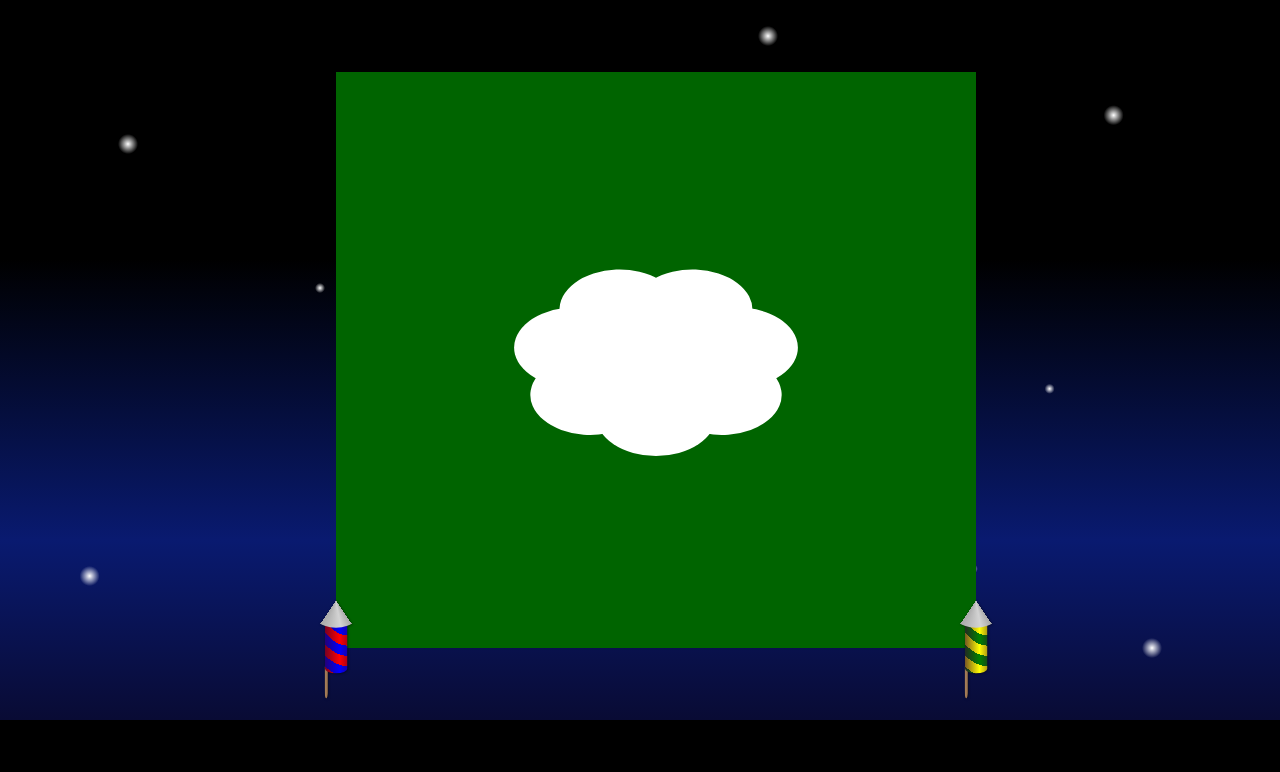
Repository: juliandecloe/CSS-To-The-Rescue---Julian-de-Cloe
Page: index.html
The author's editor kept a copy of each file at every save. The page is drawn from the files as they stood at one save, then again after a run of saves.
The browser window is 1280 px wide. The pictures show the whole page.

Above is the page before, as saved 2022-03-10 17:31:37.

### index.html
<!DOCTYPE html>
<html lang="en">
	<head>
		<meta charset="UTF-8">
		<meta name="viewport" content="width=device-width, initial-scale=1.0">
		<title>The Anticlimax Fireworkshow!</title>
		<link rel="stylesheet" href="style.css">
	</head>
	<body>
		<input id="left" type="checkbox">
		<input id="middle" type="checkbox">
		<input id="right" type="checkbox">
		<main>
			<section>
				<label for="left">
					<figure></figure>
					<figure></figure>
					<figure></figure>
				</label>
				<ul>
					<li>
						<ul>
							<li></li>
							<li></li>
							<li></li>
							<li></li>
							<li></li>
						</ul>
					</li>
					<li>
						<ul>
							<li></li>
							<li></li>
							<li></li>
							<li></li>
							<li></li>
						</ul>
					</li>
					<li>
						<ul>
							<li></li>
							<li></li>
							<li></li>
							<li></li>
							<li></li>
						</ul>
					</li>
					<li>
						<ul>
							<li></li>
							<li></li>
							<li></li>
							<li></li>
							<li></li>
						</ul>
					</li>
					<li>
						<ul>
							<li></li>
							<li></li>
							<li></li>
							<li></li>
							<li></li>
						</ul>
					</li>
					<li>
						<ul>
							<li></li>
							<li></li>
							<li></li>
							<li></li>
							<li></li>
						</ul>
					</li>
					<li>
						<ul>
							<li></li>
							<li></li>
							<li></li>
							<li></li>
							<li></li>
						</ul>
					</li>
					<li>
						<ul>
							<li></li>
							<li></li>
							<li></li>
							<li></li>
							<li></li>
						</ul>
					</li>
					<li>
						<ul>
							<li></li>
							<li></li>
							<li></li>
							<li></li>
							<li></li>
						</ul>
					</li>
					<li>
						<ul>
							<li></li>
							<li></li>
							<li></li>
							<li></li>
							<li></li>
						</ul>
					</li>
					<li>
						<ul>
							<li></li>
							<li></li>
							<li></li>
							<li></li>
							<li></li>
						</ul>
					</li>
					<li>
						<ul>
							<li></li>
							<li></li>
							<li></li>
							<li></li>
							<li></li>
						</ul>
					</li>
				</ul>
			</section>
			<section>
				<label for="middle">
					<figure></figure>
					<figure></figure>
					<figure></figure>
				</label>
				<ul>
					<li>
						<ul>
							<li></li>
							<li></li>
							<li></li>
							<li></li>
							<li></li>
						</ul>
					</li>
					<li>
						<ul>
							<li></li>
							<li></li>
							<li></li>
							<li></li>
							<li></li>
						</ul>
					</li>
					<li>
						<ul>
							<li></li>
							<li></li>
							<li></li>
							<li></li>
							<li></li>
						</ul>
					</li>
					<li>
						<ul>
							<li></li>
							<li></li>
							<li></li>
							<li></li>
							<li></li>
						</ul>
					</li>
					<li>
						<ul>
							<li></li>
							<li></li>
							<li></li>
							<li></li>
							<li></li>
						</ul>
					</li>
					<li>
						<ul>
							<li></li>
							<li></li>
							<li></li>
							<li></li>
							<li></li>
						</ul>
					</li>
					<li>
						<ul>
							<li></li>
							<li></li>
							<li></li>
							<li></li>
							<li></li>
						</ul>
					</li>
					<li>
						<ul>
							<li></li>
							<li></li>
							<li></li>
							<li></li>
							<li></li>
						</ul>
					</li>
					<li>
						<ul>
							<li></li>
							<li></li>
							<li></li>
							<li></li>
							<li></li>
						</ul>
					</li>
					<li>
						<ul>
							<li></li>
							<li></li>
							<li></li>
							<li></li>
							<li></li>
						</ul>
					</li>
					<li>
						<ul>
							<li></li>
							<li></li>
							<li></li>
							<li></li>
							<li></li>
						</ul>
					</li>
					<li>
						<ul>
							<li></li>
							<li></li>
							<li></li>
							<li></li>
							<li></li>
						</ul>
					</li>
				</ul>
			</section>
			<section>
				<label for="right">
					<figure></figure>
					<figure></figure>
					<figure></figure>
				</label>
				<article>
					<ul>
						<li></li>
						<li></li>
						<li></li>
						<li></li>
						<li></li>
						<li></li>
						<li></li>
					</ul>
				</article>
			</section>
		</main>
	</body>
</html>

### style.css
/*========== GENERAL ==========*/

:root * {
	--hoekVar: calc(360deg / 12);
	--rotate: rotate(calc( var(--hoekVar) * var(--index) ));
	--hoekVar2: calc(360deg / 5);
	--rotate2: rotate(calc( var(--hoekVar2) * var(--index2) ));
	--star1: 5px;
	--star2: 3px;
}

@property --star1 {
	syntax: '<length>';
	inherits: false;
	initial-value: 0px;
}

@property --star2 {
	syntax: '<length>';
	inherits: false;
	initial-value: 0px;
}

* {
	padding: 0;
	margin: 0;
}

body, html {
	overflow: hidden;
}

html {
	background: linear-gradient(0deg, rgba(9,11,52,1) 0%, rgba(9,26,112,1) 25%, rgba(0,0,0,1) 64%, rgba(0,0,0,1) 100%);
}

@keyframes stars {
	0% {
		--star1: 5px;
	}
	100% {
		--star1: 10px;
	}
}

@keyframes stars2 {
	0% {
		--star2: 3px;
	}
	100% {
		--star2: 6px;
	}
}

body {
	background-position: center;
	background-image:
	radial-gradient(
		circle at
			10%
			20%,
		white,
		transparent var(--star1)
	),
	radial-gradient(
		circle at
			34%
			15%,
		white,
		transparent var(--star2)
	),
	radial-gradient(
		circle at
			50%
			60%,
		white,
		transparent var(--star2)
	),
	radial-gradient(
		circle at
			60%
			80%,
		white,
		transparent var(--star2)
	),
	radial-gradient(
		circle at
			25%
			40%,
		white,
		transparent var(--star2)
	),
	radial-gradient(
		circle at
			7%
			80%,
		white,
		transparent var(--star1)
	),
	radial-gradient(
		circle at
			87%
			16%,
		white,
		transparent var(--star1)
	),
	radial-gradient(
		circle at
			76%
			79%,
		white,
		transparent var(--star2)
	),
	radial-gradient(
		circle at
			90%
			90%,
		white,
		transparent var(--star1)
	),
	radial-gradient(
		circle at
			60%
			5%,
		white,
		transparent var(--star1)
	),
	radial-gradient(
		circle at
			72%
			32%,
		white,
		transparent var(--star2)
	),
	radial-gradient(
		circle at
			50%
			28%,
		white,
		transparent var(--star1)
	),
	radial-gradient(
		circle at
			37%
			80%,
		white,
		transparent var(--star1)
	),
	radial-gradient(
		circle at
			82%
			54%,
		white,
		transparent var(--star2)
	);
	animation:
	stars 1s linear alternate infinite,
	stars2 1.5s linear alternate infinite;
}

@media (prefers-reduced-motion) {
	body {
		animation-name: dissolve;
	}
}

main {
	display: flex;
	justify-content: center;
	align-items: end;
	width: 100vw;
	height: 100vh;
	padding-left: 1rem;
}

@media (max-width: 630px) {
	main {
		transform: scale(.5) translateY(50vh);
	}
}

section {
	display: grid;
	place-items: center;
	transition: 1s ease-out;
	width: 50vw;
}

@media (max-width: 630px) {
	section {
		width: 80vw;
	}
}

input {
	display: none;
}

/*========== FIRE ROCKET ==========*/

/*===== GENERAL =====*/

label {
	transform: scale(.3) translateY(50vh);
	z-index: 5;
	height: 350px;
	width: 120px;
	filter: drop-shadow(2px 2px 4px rgb(0,0,0,0.5));
	transition: 1s;
	cursor: pointer;
	animation: 1s
}

@media (max-width: 630px) {
	label {
		transform: scale(.5);
	}
}

section label > figure:first-child {
	border-radius: 50%;
	position: absolute;
	left: calc(50% - 55px);
	width: 110px;
	height: 130px;
	z-index: 3;
	clip-path: ellipse(90% 70% at center top);
	background-image:
		conic-gradient(
		at center top,
		transparent 146deg,
		darkgray 146deg,
		lightgray 170deg,
		darkgray 214deg,
		transparent 214deg
	);
}

section label figure:nth-child(2) {
	position: absolute;
	top: 83px;
	left: calc(50% - 37.5px);
	width: 75px;
	height: 160px;
	z-index: 2;
	background-size: 100% 100%, 600% 600%;
	background-position:left top, 40% -30%;
	border-radius: 0 0 50% 50% / 0 0 1em 1em;
}

section label > figure:nth-child(3) {
	position: absolute;
	background: #BA8C63;
	top: 220px;
	left: calc(50% - 37.5px);
	width: 10px;
	height: 110px;
	z-index: 1;
	box-shadow: inset -2px 0 8px rgb(0,0,0,0.5);
	clip-path: ellipse(10px 95px at 50% 10%);
}


/*===== COLOR ARROWS =====*/

section:first-child label figure:nth-child(2) {
	background-image:
		linear-gradient(
			to right,
			#303a 0%,
			transparent 65%,
			#3036 100%
		),
		repeating-radial-gradient(
			red 0 1em,
			blue 1em 2em
	);
}

section:nth-child(2) label figure:nth-child(2) {
	background-image:
		linear-gradient(
			to right,
			#303a 0%,
			transparent 65%,
			#3036 100%
		),
		repeating-radial-gradient(
			green 0 1em,
			yellow 1em 2em
		);
}

section:last-child label figure:nth-child(2) {
	background-image:
		linear-gradient(
			to right,
			#303a 0%,
			transparent 65%,
			#3036 100%
		),
		repeating-radial-gradient(
			pink 0 1em,
			purple 1em 2em
		);
}


/*========== FIRE WORK ==========*/

/*===== LAYER 1 =====*/

section > ul {
	list-style-type: none;
	position: absolute;
	width: 1rem;
	height: 1rem;
	display: grid;
	place-items: center;
	/* background-color: #ff4; */
}

section > ul > li {
	position: absolute;
	top: 50%;
	width: 40%;
	height: 1200%;
	transform-origin: center top;
	transform: var(--rotate);
	transition: .3s ease-out;
	transition-delay: 1s;
	display: flex;
	/* background-color: #f004; */
}

section:nth-child(2) > ul > li {
	position: absolute;
	top: 50%;
	width: 40%;
	height: 1200%;
	transform-origin: center top;
	transform: var(--rotate);
	transition: .3s ease-out;
	transition-delay: 1s;
	display: flex;
	/* background-color: #f004; */
}

section > ul > li::after {
	content: "";
	display: block;
	width: 100%;
	height: 50%;
	transition: .2s ease-out;
	transform-origin: center top;
	transform: scaleY(0);
	position: absolute;
}

/* Color */

section:first-child > ul > li::after {
	background-color: blue;
}

section:nth-child(2) > ul > li::after {
	background-color: green;
}

section:last-child > ul li::after {
	background-color: pink;
}


/*===== LAYER 2 =====*/

section > ul > li ul {
	list-style-type: none;
	position: relative;
	width: .5em;
	aspect-ratio: 1/1;
	align-self: end;
	display: grid;
	place-items: center;
	/* background-color: #f088; */
}

section:first-child > ul > li li {
	position: absolute;
	top: 50%;
	width: 25%;
	aspect-ratio: 1/8;
	background-color: #f00;
	transform-origin: center top;
	transform: var(--rotate2) scaleY(0);
	transition: .3s ease-out;
	transition-delay: 1.8s;
}

section:nth-child(2) > ul > li li {
	position: absolute;
	width: 30%;
	height: 1200%;
	background-color: yellow;
	transform-origin: center;
	transform: var(--rotate2) scaleY(1);
	transition: .5s ease-out;
	transition-delay: 1.5s;
	visibility: hidden;
}


/*========== INTERACTION ==========*/

/*===== GENERAL =====*/

section > ul > li:nth-of-type(1) { --index:1; }
section > ul > li:nth-of-type(2) { --index:2; }
section > ul > li:nth-of-type(3) { --index:3; }
section > ul > li:nth-of-type(4) { --index:4; }
section > ul > li:nth-of-type(5) { --index:5; }
section > ul > li:nth-of-type(6) { --index:6; }
section > ul > li:nth-of-type(7) { --index:7; }
section > ul > li:nth-of-type(8) { --index:8; }
section > ul > li:nth-of-type(9) { --index:9; }
section > ul > li:nth-of-type(10) { --index:10; }
section > ul > li:nth-of-type(11) { --index:11; }
section > ul > li:nth-of-type(12) { --index:12; }

ul > li li:nth-of-type(1) { --index2:1; }
ul > li li:nth-of-type(2) { --index2:2; }
ul > li li:nth-of-type(3) { --index2:3; }
ul > li li:nth-of-type(4) { --index2:4; }
ul > li li:nth-of-type(5) { --index2:5; }

/* Rocket */

input:first-child[type="checkbox"]:checked ~ main section:first-child, input:nth-child(2)[type="checkbox"]:checked ~ main section:nth-child(2) {
	transform: translateY(-50vh);
}

@media (max-width: 630px) {
	input:first-child[type="checkbox"]:checked ~ main section:first-child, input:nth-child(2)[type="checkbox"]:checked ~ main section:nth-child(2) {
		transform: translateY(-90vh);
	}
}

input:first-child[type="checkbox"]:checked ~ main section:first-child label, input:nth-child(2)[type="checkbox"]:checked ~ main section:nth-child(2) label {
	transform: scale(.5, .3);
	animation: explode 1s 1s ease-in forwards;
}

/* Explode 1 */

input:first-child[type="checkbox"]:checked ~ main section:first-child > ul > li, input:nth-child(2)[type="checkbox"]:checked ~ main section:nth-child(2) > ul > li {
	transform: var(--rotate) translateY(2em);
}

input:first-child[type="checkbox"]:checked ~ main section:first-child > ul > li::after, input:nth-child(2)[type="checkbox"]:checked ~ main section:nth-child(2) > ul > li::after {
	animation: after .3s 1s ease-out forwards;
}


/*===== ARROW 1 =====*/

input:first-child[type="checkbox"]:checked ~ main section:first-child > ul > li li {
	animation: lili .3s 1.5s ease-out forwards;
}

/*===== ARROW 2 =====*/

input:nth-child(2)[type="checkbox"]:checked ~ main section:nth-child(2) > ul > li li {
	visibility: visible;
	transform: var(--turn) scaleY(6) translateY(2em);
	opacity: 0;
}

/*===== ARROW 3 =====*/

input:nth-child(3)[type="checkbox"]:checked ~ main section:last-child {
	transform: translateY(-50vh);
}

input:nth-child(3)[type="checkbox"]:checked ~ main article label {
	animation: huge .8s 1s ease-out forwards;
}

/*========== ANIMATIONS ==========*/

@keyframes huge {
	0% {
		transform: scaleY(0);
	}
	99% {
		transform: translateY(200%) scaleY(0);
		opacity: 0;
	}
	100% {
		transform: translateY(0) scaleY(0);
		opacity: 1;
	}
}

@keyframes explode {
	0% {
		visibility: hidden;
	}
	99% {
		visibility: hidden;
	}
	100% {
		transform: translateY(65vh) scale(.3);
		visibility: visible;
	}
}

@keyframes after {
	0% {
		transform: scaleY(0);
	}
	33% {
		transform: scaleY(1) ;
	}
	67% {
		transform: translateY(100%) scaleY(1) ;
	}
	99% {
		transform: translateY(200%) scaleY(0) ;
	}
	100% {
		transform: translateY(0) scaleY(0) ;
	}
}

@keyframes lili {
	0% {
		transform: var(--rotate2) translateY(0) scaleY(0);
	}
	50% {
		transform: var(--rotate2) translateY(0) scaleY(3);
	}
	99% {
		transform: var(--rotate2) translateY(400%) scaleY(0);
	}
	100% {
		transform: var(--rotate2) translateY(0) scaleY(0);
	}
}



/*========== CLOUDS ==========*/

section:last-child li:nth-of-type(1) { --index3:1; }
section:last-child li:nth-of-type(2) { --index3:2; }
section:last-child li:nth-of-type(3) { --index3:3; }
section:last-child li:nth-of-type(4) { --index3:4; }
section:last-child li:nth-of-type(5) { --index3:5; }
section:last-child li:nth-of-type(6) { --index3:6; }
section:last-child li:nth-of-type(7) { --index3:7; }

section:last-child label {
	display: none;
}

section:last-child {
	position: absolute;
	top: 10vh;
	background-color: darkgreen;
	width: 50vw;
	height: 80vh;
}

article ul {
	position: relative;
	list-style-type: none;
	width: 5rem;
	aspect-ratio: 1/1;
	display: grid;
	place-items: center;
	background: white;
	border-radius: 50%;
	transform: scale(1.5, 1)
}

article li {
	--hoekVar3: calc(360deg / 7);
	--rotate3: rotate(calc( var(--hoekVar3) * var(--index3) ));
	position: absolute;
	top: 50%;
	border-radius: 50%;
	background-color: white !important;
	width: 5rem;
	height: 5rem;
	/* border: 1px solid black; */
	transform-origin: center top;
	transform: var(--rotate3) translateY(1rem);
}

/* article li:first-child {
	top: 5px;
	left: 100px;
}

article li:nth-child(2) {
	top: 100px;
	left: 10px;
}

article li:nth-child(3) {
	top: 5px;
	left: 50px;
}

article li:nth-child(4) {
	top: 20px;
	left: 80px;
}

article li:nth-child(5) {
	top: 120px;
	left: 65px;
}

article li:nth-child(6) {
	top: 45px;
	left: 60px;
}

article li:last-child {
	top: 80px;
	left: 100px;
} */

After the next 3 saves:
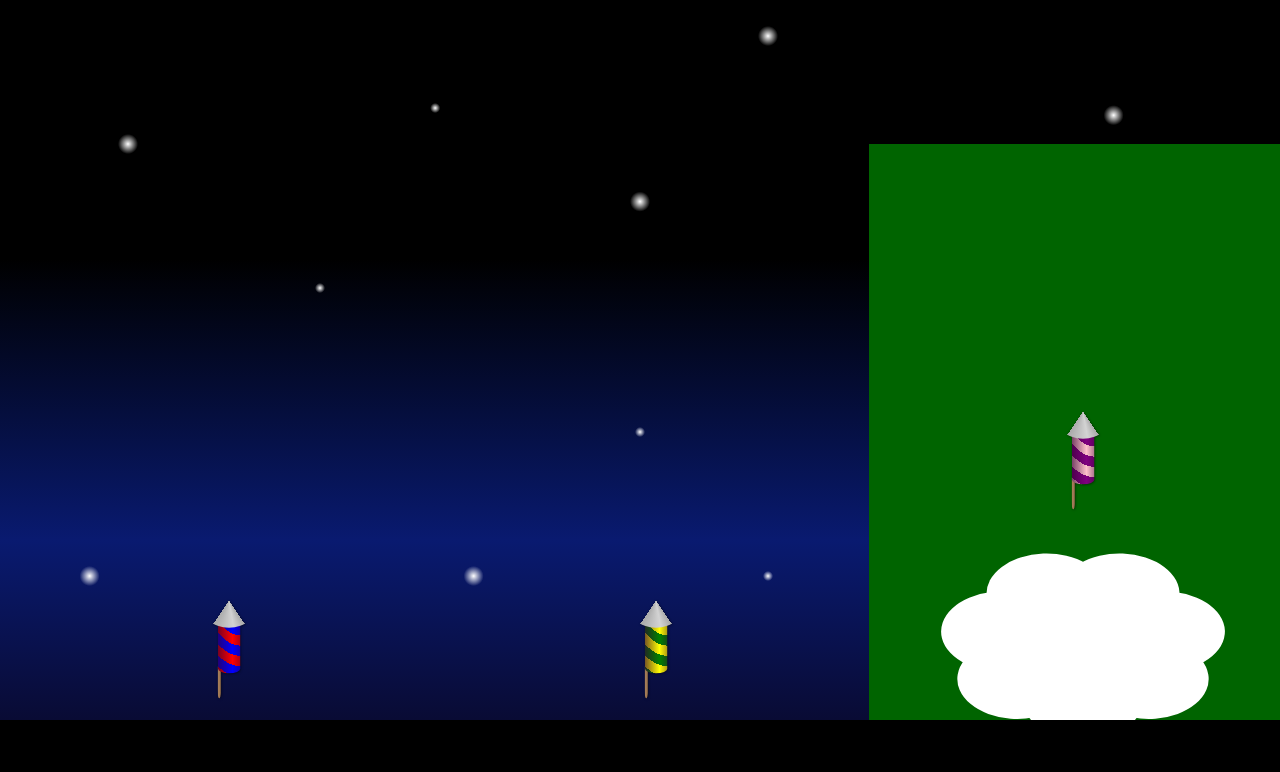
The 3 saves are shown as one change because they came seconds apart.
The last was saved 28 s later.
--- a/style.css
+++ b/style.css
@@ -559,12 +559,7 @@ section:last-child li:nth-of-type(5) { --index3:5; }
 section:last-child li:nth-of-type(6) { --index3:6; }
 section:last-child li:nth-of-type(7) { --index3:7; }
 
-section:last-child label {
-	display: none;
-}
-
 section:last-child {
-	position: absolute;
 	top: 10vh;
 	background-color: darkgreen;
 	width: 50vw;
